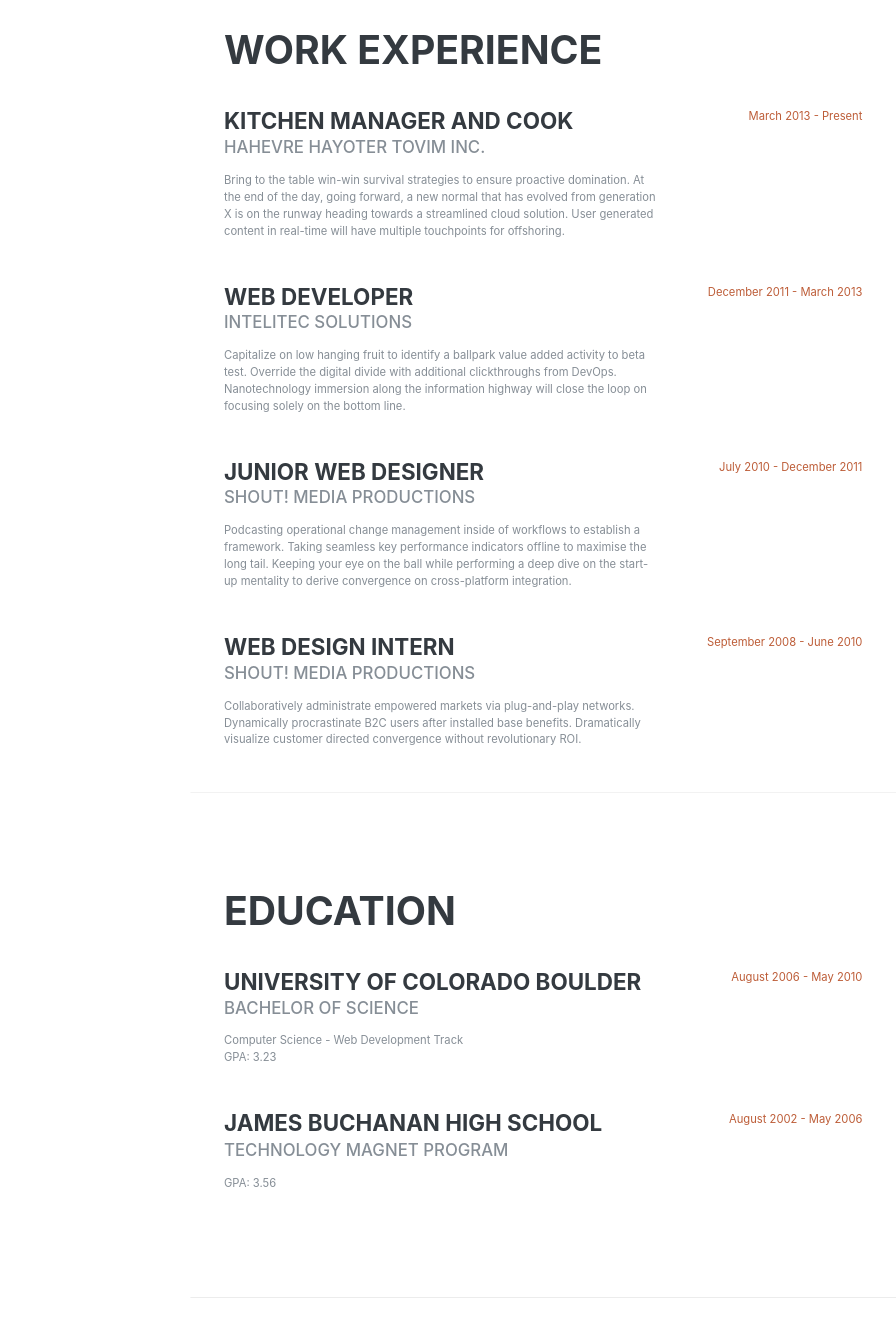
Repository: AlonGur/resume
Page: index.html
An editor plug-in stored every save of this project. The page is shown before and after the next save, followed by the edit.
The browser window is 1280 px wide. The pictures show the part of the page from y = 730 to 2650 px (the page is 4746 px tall before and 4674 px after), at 70% of full size.
Some web fonts or font styles are not loaded; a fallback is used.

Above is the page before, as saved 2019-06-07 15:40:32.

After the next save:
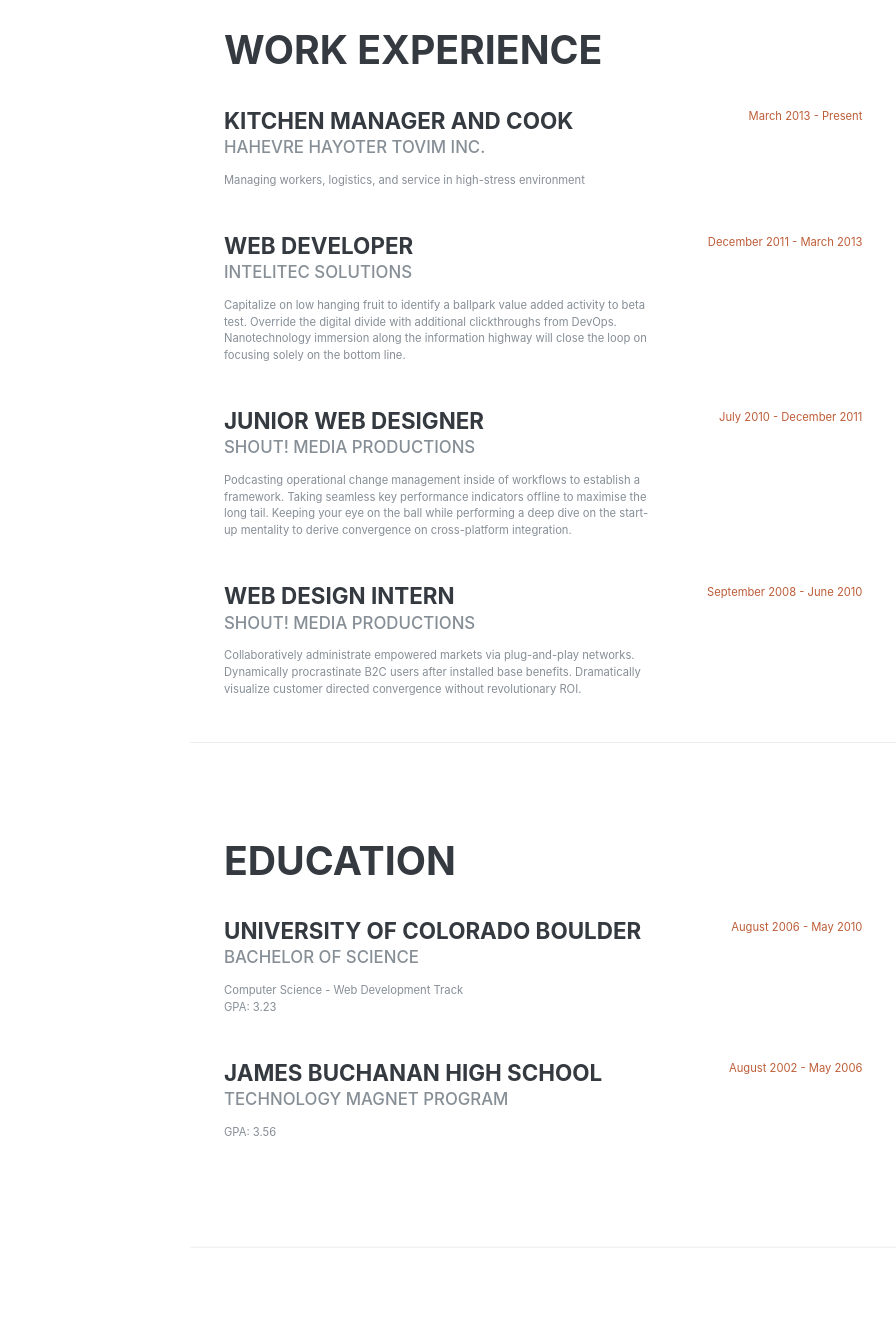
Saved 68 s later.
--- a/index.html
+++ b/index.html
@@ -94,7 +94,7 @@
           <div class="resume-content">
             <h3 class="mb-0">Kitchen Manager and Cook</h3>
             <div class="subheading mb-3"> HaHevre HaYoter Tovim Inc.</div>
-            <p>Bring to the table win-win survival strategies to ensure proactive domination. At the end of the day, going forward, a new normal that has evolved from generation X is on the runway heading towards a streamlined cloud solution. User generated content in real-time will have multiple touchpoints for offshoring.</p>
+            <p> Managing workers, logistics, and service in high-stress environment</p>
           </div>
           <div class="resume-date text-md-right">
             <span class="text-primary">March 2013 - Present</span>
